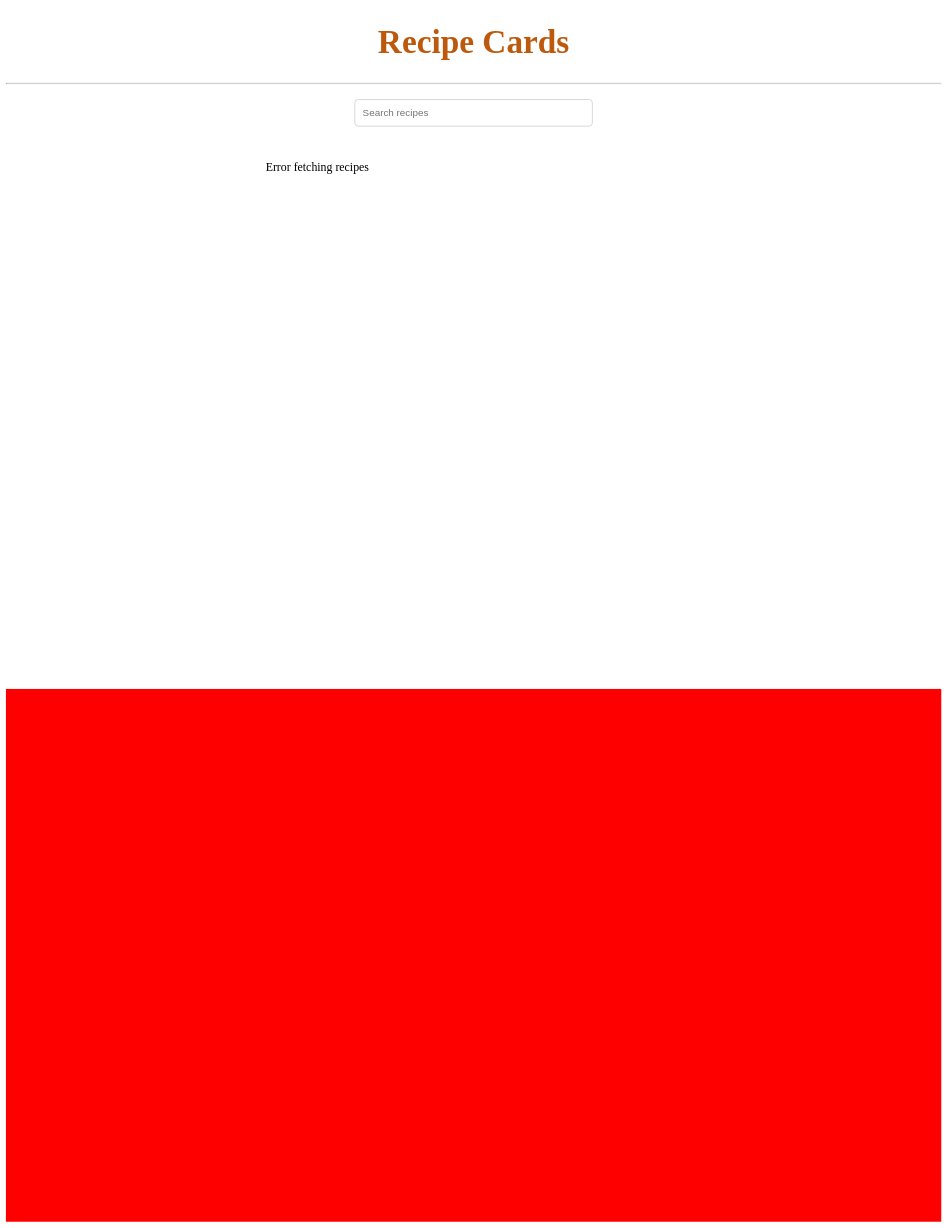
Repository: SharonSebastian32/food-search-filter-
Page: index.html
An editor plug-in stored every save of this project. The page is shown before and after the next save, followed by the edit.
The browser window is 1280 px wide. The pictures show the whole page, at 74% of full size.
The page's requests for data from a server got no answer.

Above is the page before, as saved 2024-10-11 12:46:09.

After the next save:
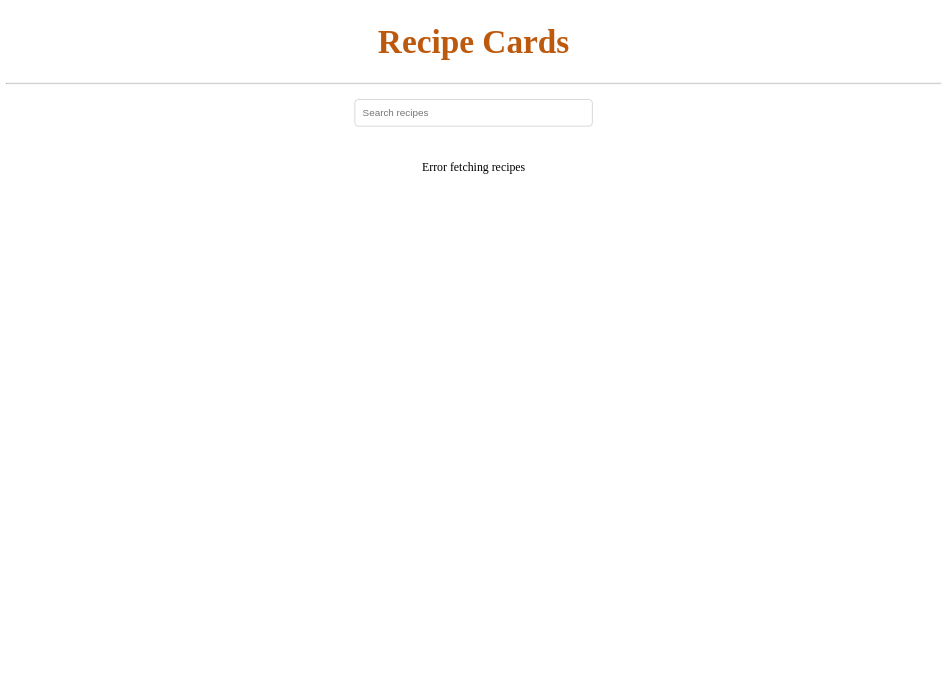
Saved 65 s later.
--- a/index.html
+++ b/index.html
@@ -33,11 +33,18 @@
         flex-wrap: wrap;
         justify-content: space-around;
         padding: 10px;
-        height: 100vh;
+        height: 100vh; /* Set height to full viewport */
+        overflow-y: scroll; /* Enable vertical scrolling */
 
-        width: 65%;
-        overflow-y: scroll;
+        /* Hide scrollbar for Chrome, Safari, and Edge */
+        scrollbar-width: none; /* For Firefox */
+        -ms-overflow-style: none; /* For Internet Explorer and Edge */
       }
+
+      .card-container::-webkit-scrollbar {
+        display: none; /* For Chrome, Safari, and Opera */
+      }
+
       #head1 {
         color: rgb(189, 89, 12);
         font-size: 45px;
@@ -66,8 +73,6 @@
 
     <div id="recipe-root" class="card-container"></div>
 
-    <section style="background-color: red; height: 100vh"></section>
-
     <script src="./index.js"></script>
   </body>
 </html>

After the save that followed:
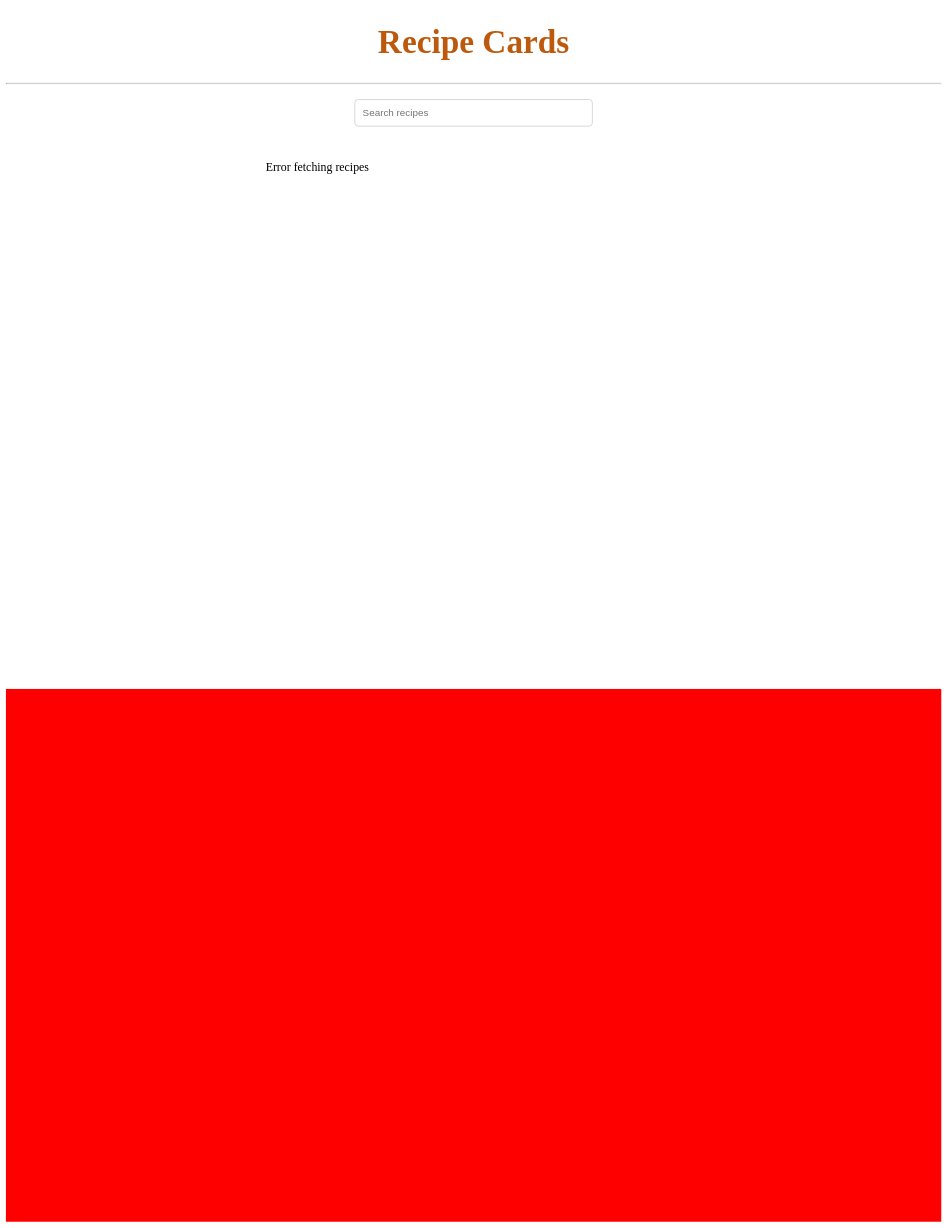
Saved 19 s later.
--- a/index.html
+++ b/index.html
@@ -33,18 +33,11 @@
         flex-wrap: wrap;
         justify-content: space-around;
         padding: 10px;
-        height: 100vh; /* Set height to full viewport */
-        overflow-y: scroll; /* Enable vertical scrolling */
+        height: 100vh;
 
-        /* Hide scrollbar for Chrome, Safari, and Edge */
-        scrollbar-width: none; /* For Firefox */
-        -ms-overflow-style: none; /* For Internet Explorer and Edge */
+        width: 65%;
+        overflow-y: scroll;
       }
-
-      .card-container::-webkit-scrollbar {
-        display: none; /* For Chrome, Safari, and Opera */
-      }
-
       #head1 {
         color: rgb(189, 89, 12);
         font-size: 45px;
@@ -73,6 +66,8 @@
 
     <div id="recipe-root" class="card-container"></div>
 
+    <section style="background-color: red; height: 100vh"></section>
+
     <script src="./index.js"></script>
   </body>
 </html>
